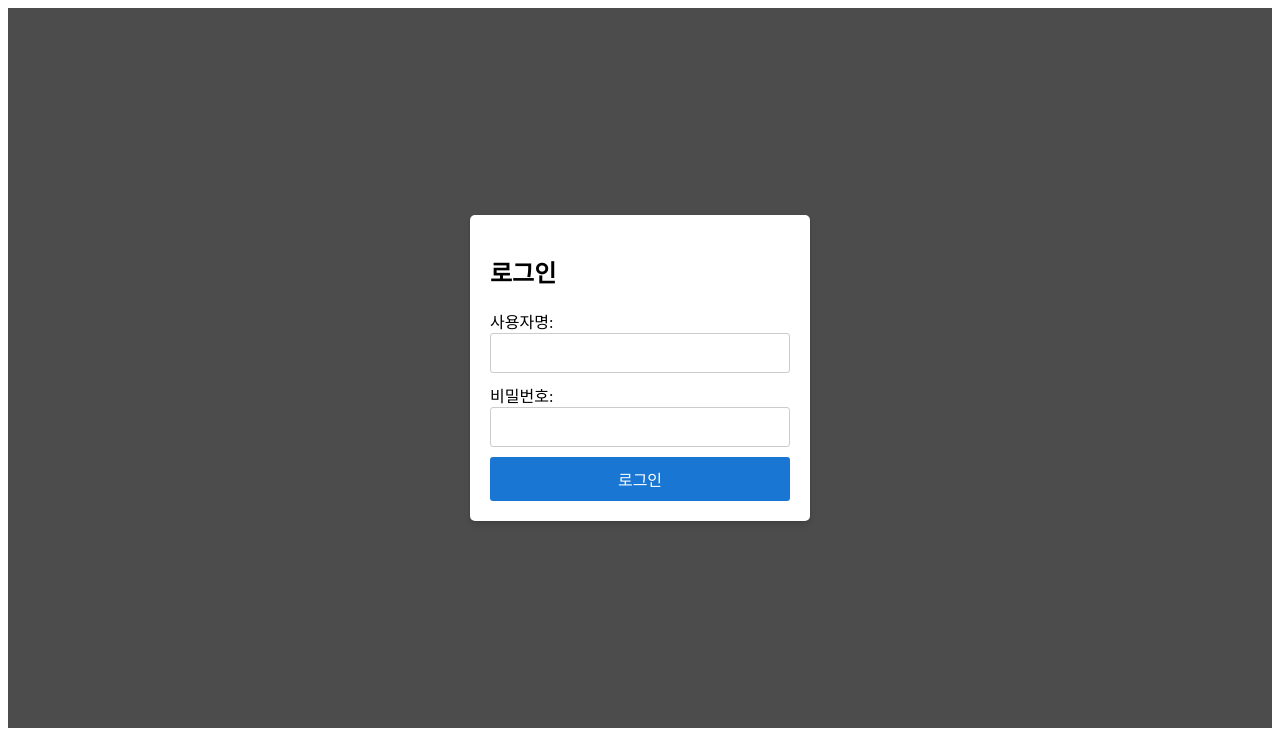
Repository: NewTurn2017/MyChome
Page: index.html
The author's editor kept a copy of each file at every save. The page is drawn from the files as they stood at one save, then again after the next save.
The browser window is 1280 px wide. The pictures show the whole page.
The pointer rests on the first visible `button#loginBtn`.
The page's requests for data from a server got no answer.

Above is the page before, as saved 2023-04-17 20:49:25.
Console error: ReferenceError: validateUser is not defined

After the next save:
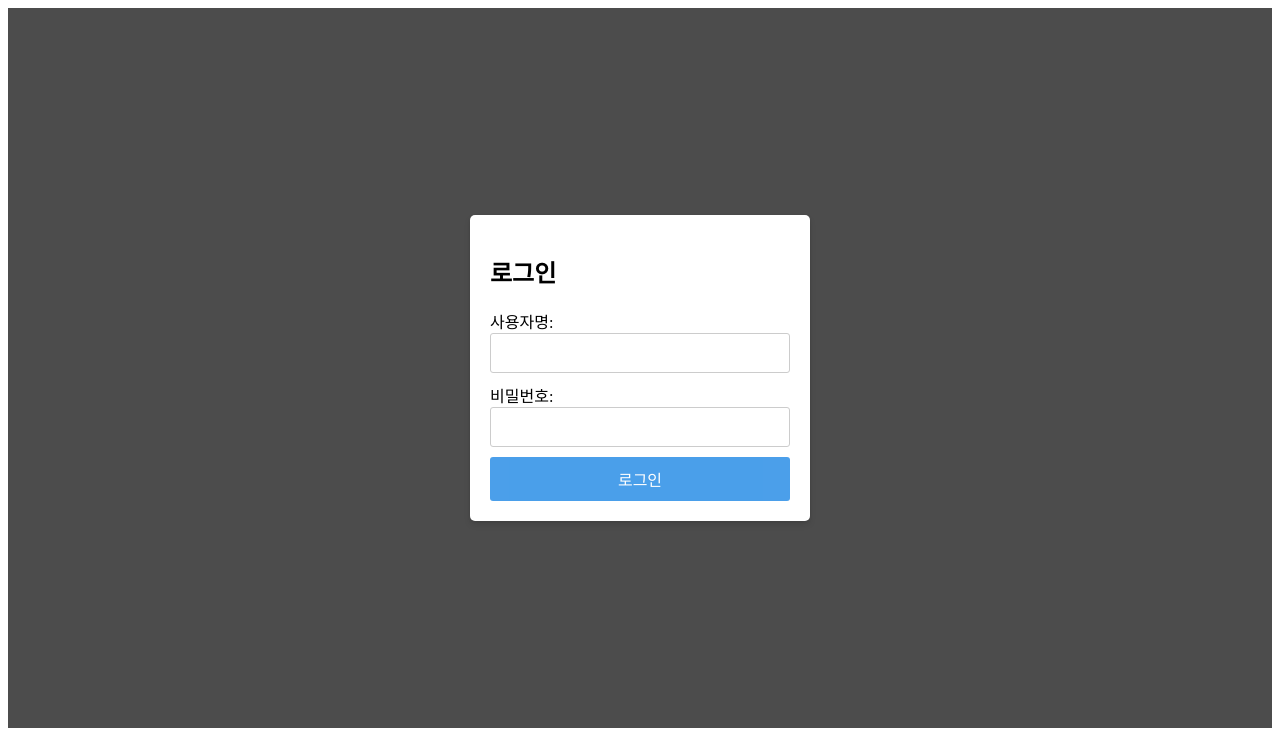
Saved 60 s later.
--- a/style.css
+++ b/style.css
@@ -84,6 +84,6 @@ button#loginBtn {
   cursor: pointer;
 }
 
-button#loginBtn:hover {
-  background-color: #1976d2;
+#loginBtn:hover {
+  opacity: 0.8;
 }
